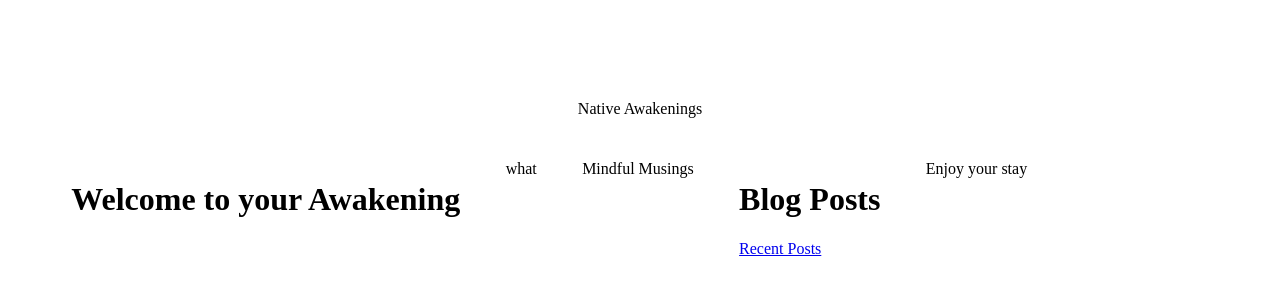
Repository: Gregg-Hendrix/blog-project
Page: index.html
The author's editor kept a copy of each file at every save. The page is drawn from the files as they stood at one save, then again after a run of saves.
The browser window is 1280 px wide. The pictures show the whole page.

Above is the page before, as saved 2021-03-15 13:53:43.

After the next 2 saves:
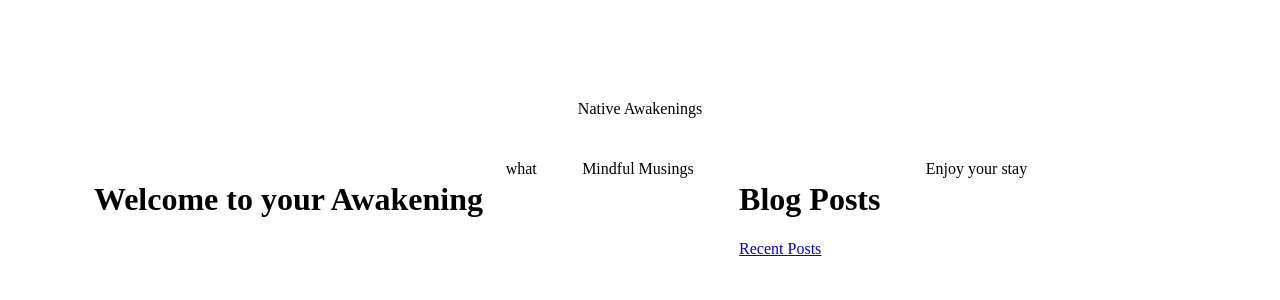
The 2 saves are shown as one change because they came seconds apart.
The last was saved 33 s later.
--- a/index.html
+++ b/index.html
@@ -11,7 +11,7 @@
         <! -- This aligns the items to the top of the screen -->
         <div class="container">
             <header class="header">Native Awakenings</header>
-            <h1>Welcome to your Awakening</h1>
+            <h1 class="intro">Welcome to your Awakening</h1>
             <nav>what</nav>
             <article>Mindful Musings</article>
             <sidebar><h1>Blog Posts</h1><a href="meditation.html">Recent Posts</a></sidebar>
